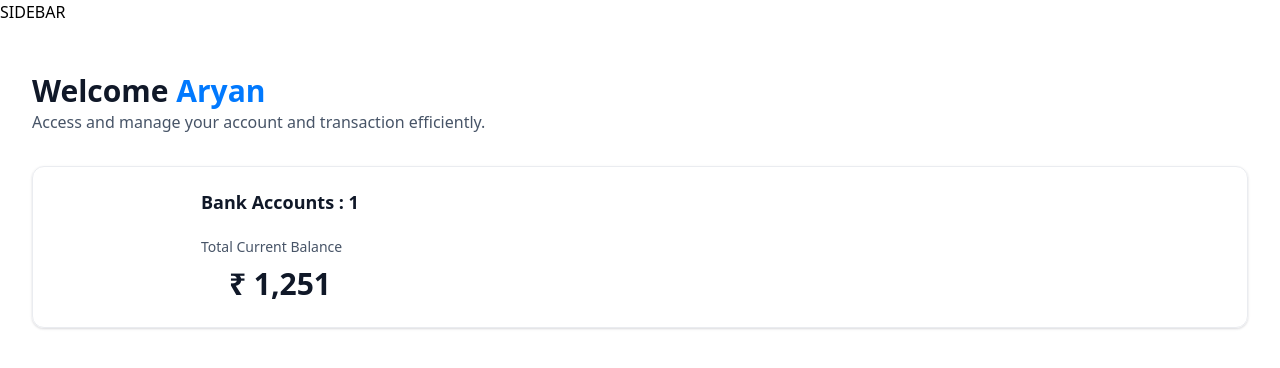
Repository: Strong02coder/banking_app
Page: /
An editor plug-in stored every save of this project. The page is shown before and after the next save, followed by the edit.
The browser window is 1280 px wide. The pictures show the whole page.
The project was rebuilt for these pictures with package versions that can differ from the ones it lists, and the page was loaded fresh each time. The framework's server and built-in components were replaced by stand-ins that run in the browser. Also part of the build but not shown: next.config.mjs.

Above is the page before, as saved 2024-09-19 19:30:20.

### app/layout.tsx
import type { Metadata } from "next";
import localFont from "next/font/local";
import "./globals.css";

const geistSans = localFont({
  src: "./fonts/GeistVF.woff",
  variable: "--font-geist-sans",
  weight: "100 900",
});
const geistMono = localFont({
  src: "./fonts/GeistMonoVF.woff",
  variable: "--font-geist-mono",
  weight: "100 900",
});

export const metadata: Metadata = {
  title: "Horizon",
  description: "Horizon is a modern banking platform for everyone.",
	icons: {
		icon: '/icons/logo.svg'
	}
};

export default function RootLayout({
  children,
}: Readonly<{
  children: React.ReactNode;
}>) {
  return (
    <html lang="en">
      <body className={`${geistSans.variable} ${geistMono.variable}antialiased`}>{children}</body>
    </html>
  );
}

### app/(root)/layout.tsx
export default function RootLayout({
  children,
}: Readonly<{
  children: React.ReactNode;
}>) {
  return (
    <main>
			SIDEBAR
			{children}
		</main>
  );
}

### app/(root)/page.tsx
import HeaderBox from '@/components/Headerbox'
import TotalBalanceBox from '@/components/TotalBalanceBox'

const Home = () => {
	const loggedIn = {firstName : 'Aryan'}
	return (
		<section className="home">
			<div className="home-content">
				<header className="home-header">
					<HeaderBox
					  type = "greeting"
						title = "Welcome"
						user = {loggedIn?.firstName || 'Guest'}
						subtext = "Access and manage your account and transaction efficiently."
					/>
					<TotalBalanceBox
					  accounts = {[]}
						totalBanks = {1}
						totalCurrentBalance = {1250.55}
					/>
				</header>
			</div>
		</section>
	)
}

export default Home

### components/Headerbox.tsx
const Headerbox = ({type = "title", title, subtext, user}: HeaderBoxProps) => {
	return (
		<div className="header-box">
			<h1 className="header-box-title">
				{title}
				{type === 'greeting' && (
					<span className="text-bankGradient">
						&nbsp;{user}
					</span>
				)}
				<p className="header-box-subtext">{subtext}</p>

			</h1>
		</div>
	)
}

export default Headerbox

### components/TotalBalanceBox.tsx
import AnimatedCounter from './AnimatedCounter'

const TotalBalanceBox = ({accounts = [], totalBanks, totalCurrentBalance}: TotlaBalanceBoxProps) => {
	return (
		<section className="total-balance">
			<div className="total-balance-chart">
				{/* DonughnutChart */}
			</div>
			<div className="flex flex-col gap-6">
				<h2 className="header-2">
					Bank Accounts : {totalBanks}
				</h2>
				<div className="flex flex-col gap-2">
					<p className="total-balance-label">
						Total Current Balance
					</p>
					<p className="total-balance-amount flex-center gap-2">
						<AnimatedCounter amount={totalCurrentBalance}/>
					</p>
				</div>
			</div>
		</section>
	)
}

export default TotalBalanceBox

### components/AnimatedCounter.tsx
'use client';

import CountUp from "react-countup";

const AnimatedCounter = ({amount}:{amount:number}) => {
	return (
		<div>
			<CountUp
				duration={2.75}

			  decimal=","
  			prefix="₹ "
				end={amount}
			/>
		</div>
	)
}

export default AnimatedCounter

Loaded but not shown: app/globals.css (common file); tailwind.config.ts (common file)

After the next save:
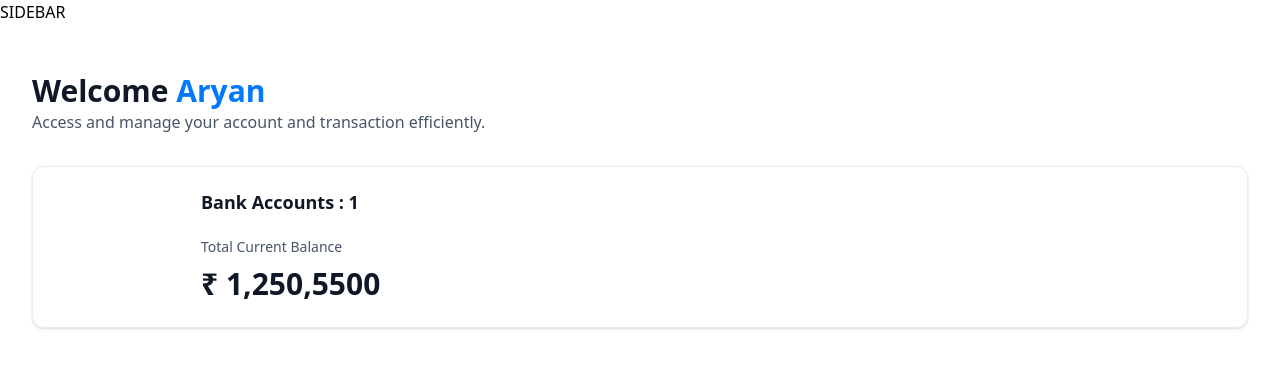
Saved 12 s later.
--- a/components/AnimatedCounter.tsx
+++ b/components/AnimatedCounter.tsx
@@ -7,7 +7,7 @@ const AnimatedCounter = ({amount}:{amount:number}) => {
 		<div>
 			<CountUp
 				duration={2.75}
-
+				decimals={4}
 			  decimal=","
   			prefix="₹ "
 				end={amount}
